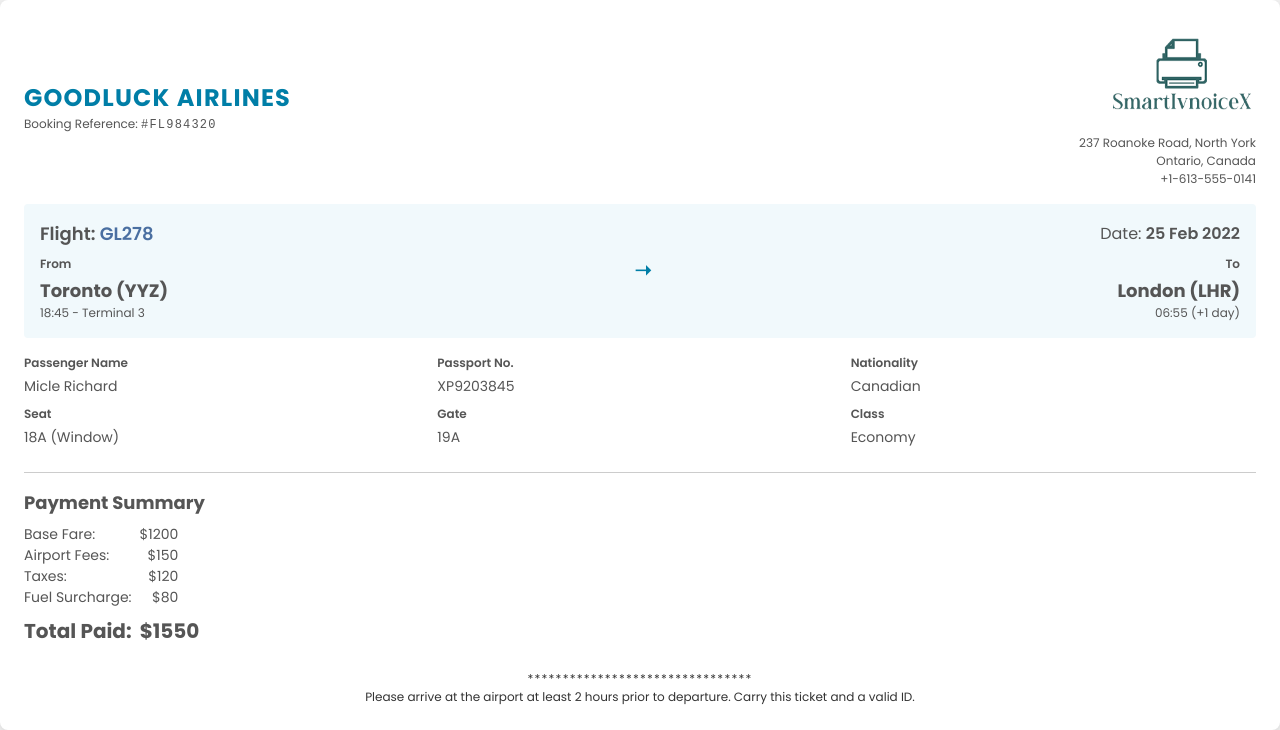
Repository: SPOTWEBDEV/ReceiptGeneratorWebsite
Page: template/2.html
The author's editor kept a copy of each file at every save. The page is drawn from the files as they stood at one save, then again after the next save.
The browser window is 1280 px wide. The pictures show the whole page.

Above is the page before, as saved 2025-07-01 08:00:55.

After the next save:
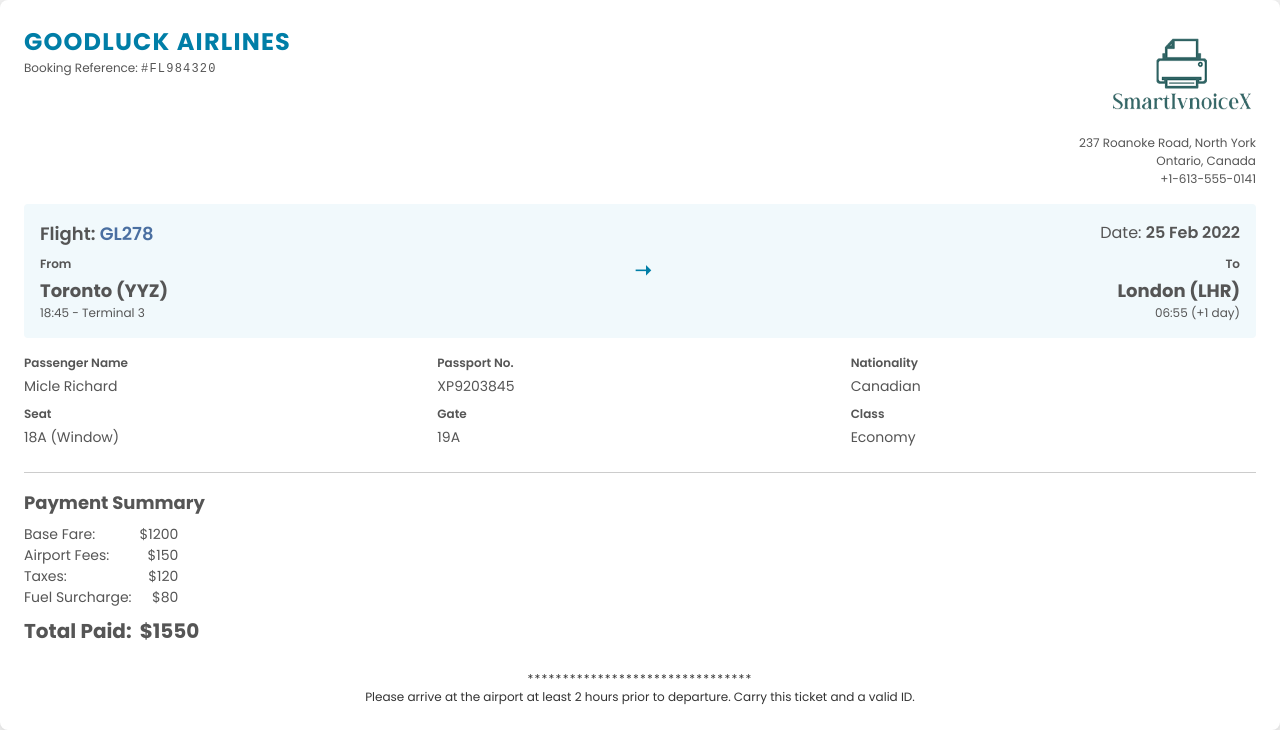
Saved 41 s later.
--- a/assets/css/template.css
+++ b/assets/css/template.css
@@ -68,7 +68,7 @@ body {
 .flex-col { flex-direction: column; }
 .flex-row { flex-direction: row; }
 .block { display: block; }
-.items-center { align-items: center; }
+
 
 .tracking-wide { letter-spacing: 0.05em; }
 .tracking-widest { letter-spacing: 0.2em; }

After the 2 saves that followed:
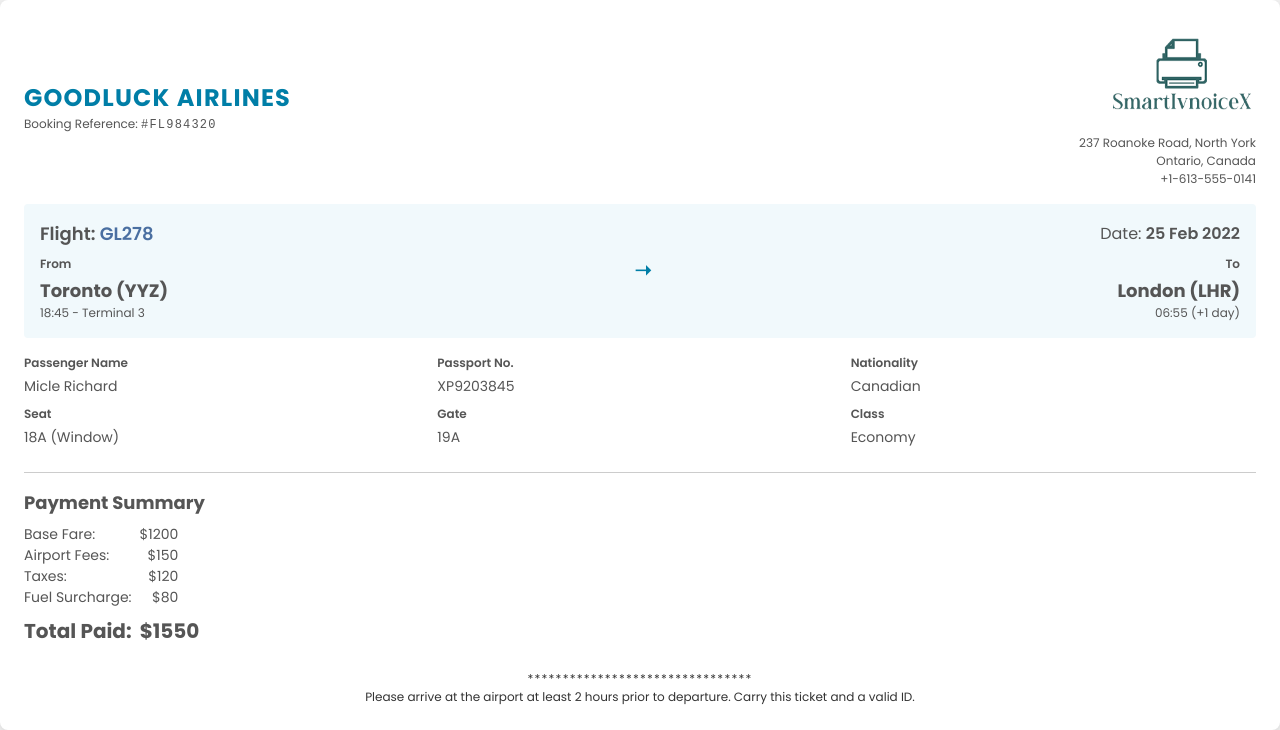
The 2 saves are shown as one change because they came seconds apart.
The last was saved 12 s later.
--- a/assets/css/template.css
+++ b/assets/css/template.css
@@ -233,3 +233,25 @@ body {
 
 .lg\:justify-center { @media (min-width: 768px) { justify-content: center; } }
 .dt\:justify-center { @media (min-width: 1024px) { justify-content: center; } }
+
+
+/* align-items */
+.items-start { align-items: flex-start; }
+.items-center { align-items: center; }
+.items-end { align-items: flex-end; }
+.items-stretch { align-items: stretch; }
+.items-baseline { align-items: baseline; }
+
+/* Responsive */
+.sm\:items-start   { @media (min-width: 480px) { align-items: flex-start; } }
+.sm\:items-center  { @media (min-width: 480px) { align-items: center; } }
+.sm\:items-end     { @media (min-width: 480px) { align-items: flex-end; } }
+.sm\:items-stretch { @media (min-width: 480px) { align-items: stretch; } }
+.sm\:items-baseline{ @media (min-width: 480px) { align-items: baseline; } }
+
+.md\:items-start   { @media (min-width: 640px) { align-items: flex-start; } }
+.md\:items-center  { @media (min-width: 640px) { align-items: center; } }
+.md\:items-end     { @media (min-width: 640px) { align-items: flex-end; } }
+
+.lg\:items-center { @media (min-width: 768px) { align-items: center; } }
+.dt\:items-center { @media (min-width: 1024px) { align-items: center; } }
